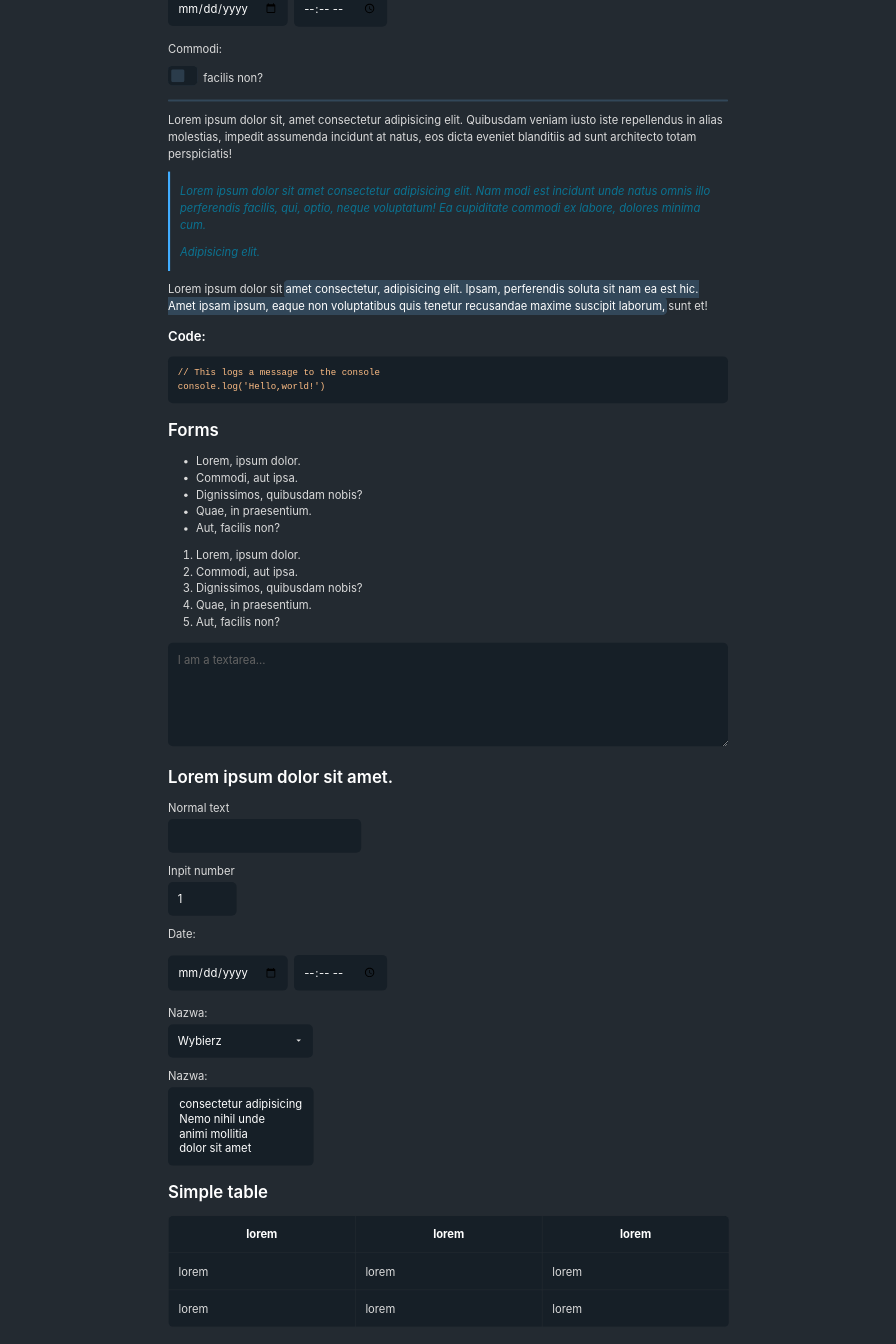
Repository: KozakBartosz/Draft
Page: index.html
An editor plug-in stored every save of this project. The page is shown before and after the next save, followed by the edit.
The browser window is 1280 px wide. The pictures show the part of the page from y = 1283 to 3203 px (the page is 6279 px tall before and 6247 px after), at 70% of full size.

Above is the page before, as saved 2019-04-12 13:52:18.

### index.html
<!DOCTYPE html>
<html lang="en">
	<head>
		<meta charset="UTF-8" />
		<meta name="viewport" content="width=device-width, initial-scale=1.0" />
		<meta http-equiv="X-UA-Compatible" content="ie=edge" />
		<title>Draft.css</title>
		<link rel="stylesheet" href="draft.css" />
	</head>
	<body style="--sticky: calc(var(--mainpaddng) * 2 + 52px);">
		<header>
			<div style="float: right">
				Thema:
				<select name="" id="changethema">
					<option value="0">Defult</option>
					<option value="1">Defult mini</option>
					<option value="2">Light</option>
					<option value="3">Blood</option>
					<option value="4">Matrix</option>
				</select>
			</div>
			<h1 style="margin-bottom: 0">
				<input type="checkbox" checked="checked" /> Draft.css
			</h1>
		</header>
		<h1>The most simple css framwork</h1>
		<h2>What is <mark>draft.css</mark></h2>
		<p>
			Draft.css is targeted at quickly creating prototypes of forms and
			simple templates. Designed to written html code looked beautiful and
			did not require any class and non-standard elements.
		</p>

		<h2>Idea</h2>
		<p>
			The idea behind <strong>Draft.css</strong> is to create the most
			beautiful, useful and interesting styles without using Javascript.
		</p>
		<h2>How use?</h2>
		<p>
			All you have to do is add this code to the
			<mark>head</mark> section:
		</p>

		<pre><code>&lt;link rel="stylesheet" href="https://test.kozakbartosz.pl/draft/def.css" /&gt;</code></pre>

		<h1>Examples:</h1>

		<h3>Code:</h3>

		<pre><code>&lt;label&gt;<br />&nbsp; &nbsp; Normal text: &lt;input type="text" placeholder="placeholder..." /&gt;<br />&lt;/label&gt;<br />&lt;label&gt;<br />&nbsp; &nbsp; Inpit number: &lt;input type="number" value="1"/&gt;<br />&lt;/label&gt;<br />Data:<br />&lt;p&gt;<br />&nbsp; &nbsp; &lt;input type="date" /&gt;<br />&nbsp; &nbsp; &lt;input type="time" /&gt;<br />&lt;/p&gt;<br />Commodi:<br />&lt;label&gt;<br />&nbsp; &nbsp; &lt;input type="checkbox" /&gt; facilis non?<br />&lt;/label&gt;</code></pre>
		<h3>Result:</h3>
		<label>
			Normal text
			<input type="text" placeholder="placeholder..." />
		</label>
		<label>
			Inpit number
			<input type="number" value="1" />
		</label>
		Data:
		<p>
			<input type="date" />
			<input type="time" />
		</p>
		Commodi:
		<label> <input type="checkbox" /> facilis non? </label>

		<hr />

		<p>
			Lorem ipsum dolor sit, amet consectetur adipisicing elit. Quibusdam
			veniam iusto iste repellendus in alias molestias, impedit assumenda
			incidunt at natus, eos dicta eveniet blanditiis ad sunt architecto
			totam perspiciatis!
		</p>

		<cite>
			<p>
				Lorem ipsum dolor sit amet consectetur adipisicing elit. Nam
				modi est incidunt unde natus omnis illo perferendis facilis,
				qui, optio, neque voluptatum! Ea cupiditate commodi ex labore,
				dolores minima cum.
			</p>
			<p>Adipisicing elit.</p>
		</cite>

		<p>
			Lorem ipsum dolor sit
			<mark
				>amet consectetur, adipisicing elit. Ipsam, perferendis soluta
				sit nam ea est hic. Amet ipsam ipsum, eaque non voluptatibus
				quis tenetur recusandae maxime suscipit laborum,</mark
			>
			sunt et!
		</p>

		<h3>Code:</h3>
		<pre><code>// This logs a message to the console<br />console.log('Hello,world!')</code></pre>

		<h2>Forms</h2>

		<ul>
			<li>Lorem, ipsum dolor.</li>
			<li>Commodi, aut ipsa.</li>
			<li>Dignissimos, quibusdam nobis?</li>
			<li>Quae, in praesentium.</li>
			<li>Aut, facilis non?</li>
		</ul>
		<ol>
			<li>Lorem, ipsum dolor.</li>
			<li>Commodi, aut ipsa.</li>
			<li>Dignissimos, quibusdam nobis?</li>
			<li>Quae, in praesentium.</li>
			<li>Aut, facilis non?</li>
		</ol>
		<textarea
			name="about"
			id="about"
			placeholder="I am a textarea..."
			rows="6"
		></textarea>
		<h2>Lorem ipsum dolor sit amet.</h2>
		<label>
			Normal text
			<input type="text" />
		</label>
		<label>
			Inpit number <input type="number" / value="1">
		</label>
		Date:
		<p>
			<input type="date" />
			<input type="time" />
		</p>
		<label>
			Nazwa:
			<select name="" id="">
				<option value="">Wybierz</option>
				<option value="">Fuga aut vero</option>
				<option value="">veritatis accusamus</option>
				<option value="">quam</option>
			</select>
		</label>
		<label>
			Nazwa:
			<select name="" id="" multiple>
				<option value="">consectetur adipisicing</option>
				<option value="">Nemo nihil unde</option>
				<option value="">animi mollitia</option>
				<option value="">dolor sit amet</option>
			</select>
		</label>

		<h2>Simple table</h2>

		<table>
			<tr>
				<th>lorem</th>
				<th>lorem</th>
				<th>lorem</th>
			</tr>
			<tr>
				<td>lorem</td>
				<td>lorem</td>
				<td>lorem</td>
			</tr>
			<tr>
				<td>lorem</td>
				<td>lorem</td>
				<td>lorem</td>
			</tr>
		</table>

		<h2>Adv table</h2>
		<p>
			When we added the <code>&lt;thead&gt;</code> and
			<code>&lt;tbody&gt;</code> table has
			<code>table-layout: fixed</code> and
			<code>position: sticky</code> for thead
		</p>

		<table>
			<thead>
				<tr>
					<th width="5%">#</th>
					<th>Kod</th>
					<th>Nazwa</th>
					<th>Opis</th>
					<th width="120px"></th>
				</tr>
			</thead>
			<tbody>
				<tr>
					<td width="5%">1</td>
					<td><code>EDG-651</code></td>
					<td>Lorem ipsum dolor</td>
					<td>
						Lorem ipsum dolor sit amet, consectetur adipisicing
						elitdolor sitamet
					</td>
					<td width="120px" style="text-align: right;">
						<input type="checkbox" />
					</td>
				</tr>
				<tr>
					<td width="5%">2</td>
					<td><code>EDG-652</code></td>
					<td>Lorem ipsum dolor</td>
					<td>
						Lorem ipsum dolor sit amet, consectetur adipisicing
						elitdolor sitamet
					</td>
					<td width="120px" style="text-align: right;">
						<input type="checkbox" />
					</td>
				</tr>
				<tr>
					<td width="5%">3</td>
					<td><code>EDX-652*</code></td>
					<td>Lorem ipsum dolor</td>
					<td>
						Lorem ipsum dolor sit amet, consectetur adipisicing
						elitdolor sitamet
					</td>
					<td width="120px" style="text-align: right;">
						<input type="checkbox" />
					</td>
				</tr>
				<tr>
					<td width="5%">5</td>
					<td><code>EDD-655</code></td>
					<td>Lorem ipsum dolor</td>
					<td>
						Lorem ipsum dolor sit amet, consectetur adipisicing
						elitdolor sitamet
					</td>
					<td width="120px" style="text-align: right;">
						<input type="checkbox" />
					</td>
				</tr>
			</tbody>
			<tfoot>
				<tr>
					<td colspan="4">Lorem ipsum doreta: <b>3</b></td>
					<td width="120px"><button>Remove</button></td>
				</tr>
			</tfoot>
		</table>

		<h3>Checkbox</h3>
		<label> <input type="checkbox" /> Ale ma kota </label>

		<label> <input type="checkbox" /> Ale ma kota2 </label>

		<label> <input type="checkbox" /> Ale ma kota3 </label>

		<h3>Radio</h3>
		<label> <input type="radio" name="radio" /> Ale ma kota </label>
		<label> <input type="radio" name="radio" /> Ale ma kota2 </label>
		<label> <input type="radio" name="radio" /> Ale ma kota3 </label>

		<hr />

		<h2>Search</h2>

		<fieldset class="search">
			<legend>Szukaj</legend>
			<form action="produkty,szukaj" method="get">
				<input
					type="text"
					name="q"
					placeholder="Wpisz czego szukasz..."
				/>
				<button>Szukaj</button>
			</form>
		</fieldset>

		<h2>Change button color by html</h2>

		<h2>Code</h2>
		<pre><code>&lt;button&gt;Exit&lt;/button&gt;<br>&lt;button style="--button: #7e1616; --buttonhover: #b40d0d;"&gt;
	Ok<br>&lt;/button&gt;</code></pre>

		<h3>result</h3>
		<button>Exit</button>
		<button style="--button: #7e1616; --buttonhover: #b40d0d;">
			Ok
		</button>

		<h2>Details</h2>

		<details>
			<summary>Szczypta detali</summary>
			<p>Informacje szczegółowe na dany temat.</p>
		</details>

		<details open>
			<summary>Jeszcze wiecej szczegółów</summary>
			<p>Tu jest jeszcze wiecej informacji szczegółowych</p>
		</details>

		<details>
			<summary>Jeszcze wiecej szczegółów</summary>
			<p>
				Lorem ipsum dolor sit amet consectetur adipisicing elit. Minima
				fugiat explicabo assumenda ducimus nobis aliquid esse, ad ab
				sapiente officiis repellat et, nisi atque itaque autem ut
				architecto tempore consequatur.
			</p>
		</details>

		<h2>Real Form</h2>

		<details>
			<summary>Jeszcze wiecej szczegółów</summary>
			<p>
				Lorem ipsum dolor sit amet consectetur adipisicing elit. Minima
				fugiat explicabo assumenda ducimus nobis aliquid esse, ad ab
				sapiente officiis repellat et, nisi atque itaque autem ut
				architecto tempore consequatur.
			</p>
		</details>

		<form>
			<label for="email">Email</label>
			<input
				type="email"
				name="email"
				required=""
				id="email"
				value=""
				placeholder="john.doe@gmail.com"
			/>
			<label for="text">Text</label>
			<input
				type="text"
				name="email"
				required=""
				id="text"
				value=""
				placeholder="john.doe@gmail.com"
			/>

			<label for="id">User id (read only)</label>
			<input readonly="" name="id" id="id" value="04D6H89Z" />

			<label for="disabled">Random disabled input</label>
			<input
				disabled=""
				name="disabled"
				id="disabled"
				placeholder="Because why not?"
			/>

			<label for="about">About me</label>

			<input type="checkbox" name="remember" id="remember" checked="" />
			<label for="remember">Remember me</label>

			<input type="submit" />
		</form>

		<p>
			<strong>Lorem ipsum</strong> dolor sit,
			<a href="">amet consectetur adipisicing</a> elit.
			<i>Hic nobis</i> atque eligendi voluptatum doloribus rem praesentium
			veniam quo delectus explicabo, architecto ipsam ipsa unde vitae
			excepturi iusto nesciunt placeat ducimus.
		</p>
		<p>
			Lorem ipsum dolor sit amet consectetur adipisicing elit. Enim saepe
			quisquam delectus accusantium nam recusandae obcaecati ullam, non
			neque <a href="">commodi modi tempore </a>magni magnam. Tenetur
			officiis mollitia facere libero sint.
		</p>
		<h4>Lorem ipsum dolor sit amet.</h4>
		<p>
			Lorem ipsum dolor, sit amet consectetur adipisicing elit. Possimus,
			vero quibusdam. Rerum libero nihil aspernatur, ipsam vel voluptatem
			inventore quasi. Odit, sapiente? Delectus beatae laudantium sapiente
			cupiditate et libero? Corrupti.
		</p>

		<button>Send</button>
		<script>
			var themes = [
				[
					{ brand: "#41adff" },
					{ mainbg: "#232a31" },
					{ mainpaddng: "14px" },
					{ radius: "7px" },

					{ low: "#161f27" },
					{ like: "#2b3c4b" },
					{ midi: "#324759" },
					{ hight: "#0b7392" },

					{ text: "#dbdbdb" },
					{ textContrast: "#fff" },

					{ code: "#ffbe85" },

					{ button: "#2b3c4a" },
					{ buttonhover: "#334a5e" },
					{ buttontext: "#fff" },

					{ fillhover: "#1b2731" }
				],
				[
					{ brand: "#41adff" },
					{ mainbg: "#232a31" },
					{ mainpaddng: "12px" },
					{ radius: "12px" },

					{ low: "#161f27" },
					{ like: "#2b3c4b" },
					{ midi: "#324759" },
					{ hight: "#0b7392" },

					{ text: "#dbdbdb" },
					{ textContrast: "#fff" },

					{ code: "#ffbe85" },

					{ button: "#2b3c4a" },
					{ buttonhover: "#334a5e" },
					{ buttontext: "#fff" },

					{ fillhover: "#1b2731" }
				],
				[
					{ brand: "#41adff" },
					{ mainbg: "#ffffff" },
					{ mainpaddng: "14px" },
					{ radius: "7px" },

					{ low: "#e8f1fa" },
					{ like: "#cfe2f7" },
					{ midi: "#b2cee7" },
					{ hight: "#1db5e4" },

					{ text: "#3f4646" },
					{ textContrast: "#1a1f1f" },

					{ code: "#20595f" },

					{ button: "#3dcca1" },
					{ buttonhover: "#34e0ad" },
					{ buttontext: "#fff" },

					{ fillhover: "#e8f5ff" }
				],
				[
					{ mainpaddng: "18px" },
					{ radius: "3px" },
					{ brand: "#c21a1a" },
					{ mainbg: "#312323" },

					{ code: "#ffbe85" },

					{ text: "#dbdbdb" },
					{ textContrast: "#fff" },

					{ button: "#4a2b2b" },
					{ buttonhover: "#5e3333" },
					{ buttontext: "#fff" },

					{ fillhover: "#311b1b" },

					{ low: "#271616" },
					{ like: "#4b2b2b" },
					{ midi: "#593232" },
					{ hight: "#800f0f" }
				],
				[
					{ mainpaddng: "11px" },
					{ radius: "13px" },
					{ brand: "#1ac260" },
					{ mainbg: "#233126" },

					{ code: "#c0ff85" },

					{ text: "#dbdbdb" },
					{ textContrast: "#fff" },

					{ button: "#324a2b" },
					{ buttonhover: "#385e33" },
					{ buttontext: "#fff" },

					{ fillhover: "#1b3122" },

					{ low: "#162717" },
					{ like: "#2b4b2e" },
					{ midi: "#32593f" },
					{ hight: "#0f803a" }
				]
			];

			let changethema = document.getElementById("changethema");
			let root = document.documentElement;
			changethema.addEventListener("change", e => {
				console.log(e);
				var theme = themes[e.target.value];
				theme.forEach(element => {
					var k = Object.keys(element)[0];
					root.style.setProperty("--" + k, element[k]);
				});
			});
		</script>
	</body>
</html>

### draft.css
/* TO DO */
/* <details> */
:root {
	--brand: #41adff;
	--mainbg: #232a31;
	--mainpaddng: 14px;
	--radius: 7px;

	--low: #161f27;
	--like: #2b3c4b;
	--midi: #324759;
	--hight: #0b7392;

	--text: #dbdbdb;
	--textContrast: #fff;

	--code: #ffbe85;

	--button: #2b3c4a;
	--buttonhover: #334a5e;
	--buttontext: #fff;

	--fillhover: #1b2731;

	--sticky: 0px;
}
/*
:root {
	--brand: #41adff;
	--mainbg: #ffffff;
	--mainpaddng: 14px;
	--radius: 7px;

	--low: #e8f1fa;
	--like: #cfe2f7;
	--midi: #b2cee7;
	--hight: #1db5e4;

	--text: #3f4646;
	--textContrast: #1a1f1f;

	--code: #20595f;

	--button: #3dcca1;
	--buttonhover: #34e0ad;
	--buttontext: #fff;

	--fillhover: #e8f5ff;
} */

/* :root {
	--mainpaddng: 18px;
	--radius: 3px;
	--brand: #c21a1a;
	--mainbg: #312323;

	--code: #ffbe85;

	--text: #dbdbdb;
	--textContrast: #fff;

	--button: #4a2b2b;
	--buttonhover: #5e3333;
	--buttontext: #fff;

	--fillhover: #311b1b;

	--low: #271616;
	--like: #4b2b2b;
	--midi: #593232;
	--hight: #800f0f;
} */

/* :root {
	--mainpaddng: 11px;
	--radius: 13px;
	--brand: #1ac260;
	--mainbg: #233126;

	--code: #c0ff85;

	--text: #dbdbdb;
	--textContrast: #fff;

	--button: #324a2b;
	--buttonhover: #385e33;
	--buttontext: #fff;

	--fillhover: #1b3122;

	--low: #162717;
	--like: #2b4b2e;
	--midi: #32593f;
	--hight: #0f803a;
} */
body {
	font-family: -apple-system, BlinkMacSystemFont, "Segoe UI", "Roboto",
		"Oxygen", "Ubuntu", "Cantarell", "Fira Sans", "Droid Sans",
		"Helvetica Neue", sans-serif;
	line-height: 1.5;
	max-width: 800px;
	margin: 0px auto var(--mainpaddng);
	padding: 0 var(--mainpaddng);
	color: var(--text);
	background: var(--mainbg);
	text-rendering: optimizeLegibility;
}

label {
	display: block;
}
a,
a:active,
button,
button:active,
input,
input:active,
textarea,
details,
summary,
th,
td {
	outline: none;
	box-shadow: none;
	transition: background-color 0.2s ease, box-shadow 0.2s ease,
		transform 0.2s ease;
}
h1 {
	font-size: 2.2em;
	margin-top: 0;
}
h1,
h2,
h3,
h4,
h5,
h6 {
	margin-bottom: 12px;
}
h1,
h2,
h3,
h4,
h5,
h6,
strong {
	color: var(--textContrast);
	font-weight: 600;
}
button,
input[type="submit"],
input[type="button"],
input[type="checkbox"],
input[type="radio"] {
	cursor: pointer;
	display: inline-block;
}

input,
select,
button,
textarea {
	/* display: block; */
	color: var(--textContrast);
	background-color: var(--low);
	font-family: inherit;
	font-size: inherit;
	margin: 4px 4px 6px 0;
	padding: var(--mainpaddng);
	border: none;
	border-radius: var(--radius);
	outline: none;
	-webkit-appearance: none;
	vertical-align: middle;
}
input[type="number"] {
	max-width: calc(var(--mainpaddng) * 5);
}

button:hover,
input:hover,
select:hover,
textarea:hover,
textarea:hover {
	background-color: var(--fillhover);
}

label > input,
label > select {
	display: block;
}

textarea {
	margin-right: 0;
	width: 100%;
	box-sizing: border-box;
	resize: vertical;
}
button,
input[type="submit"],
input[type="button"] {
	color: var(--buttontext);
	background-color: var(--button);
	padding: var(--mainpaddng) calc(var(--mainpaddng) * 2);
}

select:not([multiple]) {
	padding-right: calc(var(--mainpaddng) * 3);
	background: var(--low)
		url("data:[embedded picture, 198 characters]")
		100% 50%/27px 7px no-repeat;
}

/* input:not([value=""]):invalid,
select:not([value=""]):invalid,
textarea:not([value=""]):invalid {
	box-shadow: 0 0 0 2px darkred;
} */

input:focus,
select:focus,
button:focus,
textarea:focus {
	background-color: var(--fillhover);
	box-shadow: 0 0 0 2px var(--hight);
}

button:focus,
input[type="submit"]:focus,
input[type="button"]:focus {
	background-color: var(--buttonhover);
}

button:hover,
input[type="submit"]:hover,
input[type="button"]:hover {
	background-color: var(--buttonhover);
	box-shadow: 0 5px 20px -5px rgba(0, 0, 0, 0.35), 0 3px 0 0 var(--button);
	transform: translateY(-3px);
}
button:active,
input[type="submit"]:active,
input[type="button"]:active {
	transform: translateY(0px);
	box-shadow: 0 5px 20px -5px rgba(0, 0, 0, 0.35);
}

input:disabled {
	cursor: not-allowed;
	opacity: 0.5;
}

input[type="radio"],
input[type="checkbox"] {
	margin-top: -2px;
	transition: background-color 0.25s ease,
		box-shadow 0.25s cubic-bezier(0.53, 1.59, 0.51, 1);
}
input[type="checkbox"] {
	background-color: var(--like);
	width: calc(var(--mainpaddng) * 3);
	box-shadow: calc(var(--mainpaddng) * -1) 0 0 calc(var(--mainpaddng) / 3)
			var(--low) inset,
		0 0 0 calc(var(--mainpaddng) / 3) var(--low) inset;
}
input[type="checkbox"]:hover,
input[type="radio"]:hover {
	background-color: var(--midi);
}
input[type="checkbox"]:focus {
	box-shadow: calc(var(--mainpaddng) * -1) 0 0 calc(var(--mainpaddng) / 3)
			var(--low) inset,
		0 0 0 calc(var(--mainpaddng) / 3) var(--low) inset,
		0 0 0 2px var(--hight);
}

input[type="radio"] {
	border-radius: 100%;
	box-shadow: 0 0 0 calc(var(--mainpaddng) / 2) var(--low) inset;
}
input[type="checkbox"]:checked,
input[type="radio"]:checked {
	box-shadow: 0 0 0 calc(var(--mainpaddng) / 3) var(--low) inset,
		0 0 0 2px var(--hight), 0 0 0 1px var(--low);
	background-color: var(--brand);
}

input[type="checkbox"]:checked {
	box-shadow: var(--mainpaddng) 0 0 calc(var(--mainpaddng) / 3) var(--low)
			inset,
		0 0 0 calc(var(--mainpaddng) / 3) var(--low) inset,
		0 0 0 2px var(--hight);
}

::placeholder {
	color: #636363;
}
a {
	text-decoration: none;
	color: var(--hight);
}
a:hover {
	text-decoration: underline;
	color: var(--brand);
}

mark {
	background: linear-gradient(var(--brand), var(--brand)) 50% 100%/100% 40%
		no-repeat;
	background: var(--midi);
	padding: 3px;
	margin: -3px;
	/* text-shadow: 1px 1px 1px var(--mainbg), -1px 1px 1px var(--mainbg),
		0px 1px 1px var(--mainbg); */
	color: var(--textContrast);
	border-radius: var(--radius);
}

ul,
ol,
label,
code,
p {
	margin: var(--mainpaddng) 0;
}

code,
kbd {
	background: var(--low);
	color: var(--code);
	padding: 4px;
	border-radius: var(--radius);
}

cite,
q {
	display: block;
	margin: var(--mainpaddng) 0;
	color: var(--hight);
	/* border-radius: var(--radius); */
	padding: 2px var(--mainpaddng);
	border-left: 3px solid var(--brand);
}

/* pre {
	margin: 0 calc(var(--mainpaddng) * -1);
} */
pre > code {
	display: block;
	overflow-x: auto;
	padding: var(--mainpaddng);
}
img {
	max-width: 100%;
}
hr {
	margin: var(--mainpaddng) 0;
	border: none;
	height: 3px;
	border-radius: calc(var(--radius) / 6);
	background: var(--midi);
}
fieldset {
	border: 3px solid var(--midi);
	border-radius: var(--radius);
}
fieldset > legend {
	font-weight: 600;
	color: var(--textContrast);
	padding: calc(var(--mainpaddng) / 2) calc(var(--mainpaddng));
}

details {
	padding: var(--mainpaddng);
	border-radius: var(--radius);
	padding-bottom: calc(var(--mainpaddng) + var(--radius));
	background: var(--low);
}

details:last-of-type {
	padding-bottom: var(--mainpaddng);
}

details + details {
	margin-top: calc(var(--radius) * -1);
	border-top: 1px solid var(--mainbg);
	border-radius: 0 0 var(--radius) var(--radius);
}

details[open],
details:hover:not([open]) {
	background: var(--like);
	z-index: 1;
}
details summary {
	cursor: pointer;
	margin: calc(var(--mainpaddng) * -1);
	padding: var(--mainpaddng);
}

table {
	/* display: block; */
	/* overflow-x: auto; */
	/* border-collapse: collapse; */
	margin: var(--mainpaddng) -1px;
	width: calc(100% + 2px);
	border-spacing: 1px;
	position: relative;
}
tbody,
tfoot,
thead {
	border-radius: calc(var(--radius) + 2px);
	overflow: hidden;
	background: var(--mainbg);
	table-layout: fixed;
	position: relative;
	z-index: 0;
	display: table;
	width: calc(100% + 2px);
}

header,
thead {
	background: var(--mainbg);
	position: sticky;
	top: var(--sticky);
	z-index: 5;
	box-shadow: 0px 12px 15px -15px rgba(0, 0, 0, 0.35);
}
header {
	z-index: 10;
	top: 0px;
	display: block;
	padding: var(--mainpaddng);
	margin: 0 calc(var(--mainpaddng) * -1) var(--mainpaddng);
}
td,
th {
	padding: var(--mainpaddng);
	background: var(--low);
}
th {
	color: var(--textContrast);
}
tr:hover td {
	background-color: var(--fillhover);
}

After the next save:
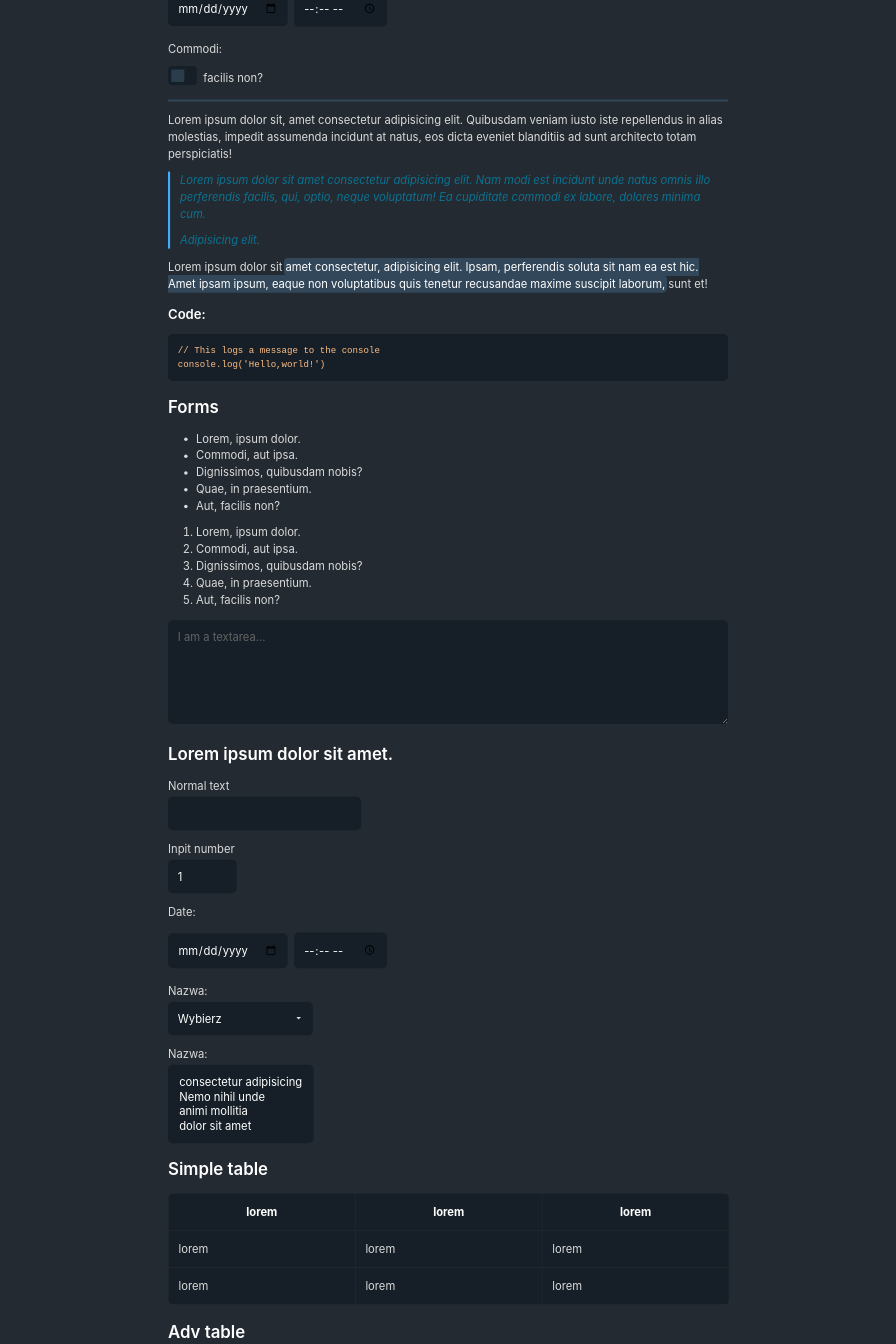
Saved 11 s later.
--- a/draft.css
+++ b/draft.css
@@ -338,7 +338,7 @@ q {
 	margin: var(--mainpaddng) 0;
 	color: var(--hight);
 	/* border-radius: var(--radius); */
-	padding: 2px var(--mainpaddng);
+	padding: 0 var(--mainpaddng);
 	border-left: 3px solid var(--brand);
 }
 
